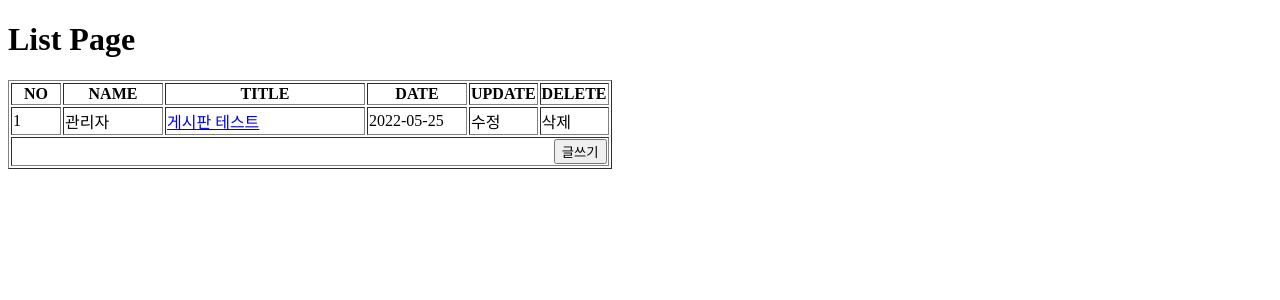
Repository: yyci12/TIL
Page: http://localhost/Jsp01_MyBoard/
An editor plug-in stored every save of this project. The page is shown before and after the next save, followed by the edit.
The browser window is 1280 px wide. The pictures show the whole page.
The page is served by Tomcat 9. The database holds what the project's SQL file puts in it.

Above is the page before, as saved 2022-05-25 07:11:54.

After the next save:
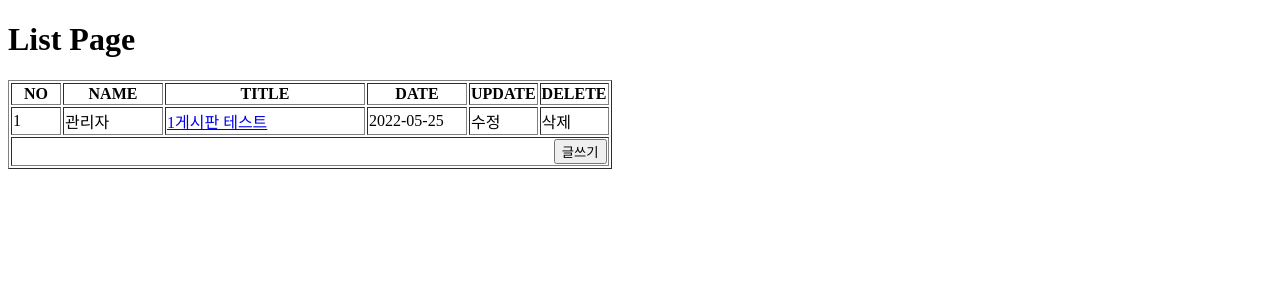
Saved 65 s later.
--- a/Web/Jsp01_MyBoard/WebContent/mylist.jsp
+++ b/Web/Jsp01_MyBoard/WebContent/mylist.jsp
@@ -38,7 +38,7 @@
 	<tr>
 		<td><%=list.get(i).getMyno()%></td>
 		<td><%=list.get(i).getMyname()%></td>
-		<td><a href="selectone.jsp"><%=list.get(i).getMytitle()%></a></td>
+		<td><a href="selectone.jsp"><%=list.get(i).getMyno() %><%=list.get(i).getMytitle()%></a></td>
 		<td><%=list.get(i).getMydate()%></td>
 		<td><a>수정</a></td>
 		<td><a>삭제</a></td>
